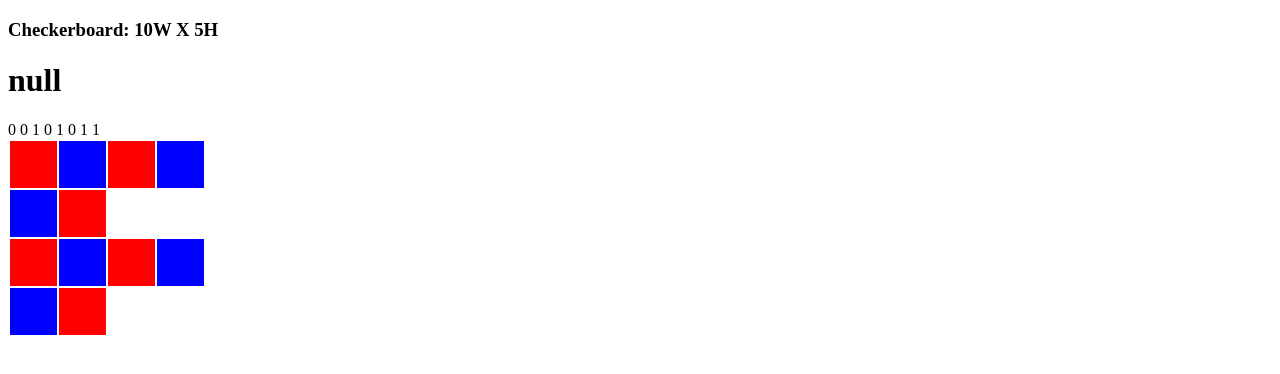
Repository: ben-mandakh/Java-Projects
Page: http://localhost/CheckerBoard/CheckerBoard.jsp
An editor plug-in stored every save of this project. The page is shown before and after the next save, followed by the edit.
The browser window is 1280 px wide. The pictures show the whole page.
The page is served by Tomcat 9.

Above is the page before, as saved 2019-08-09 02:51:41.

After the next save:
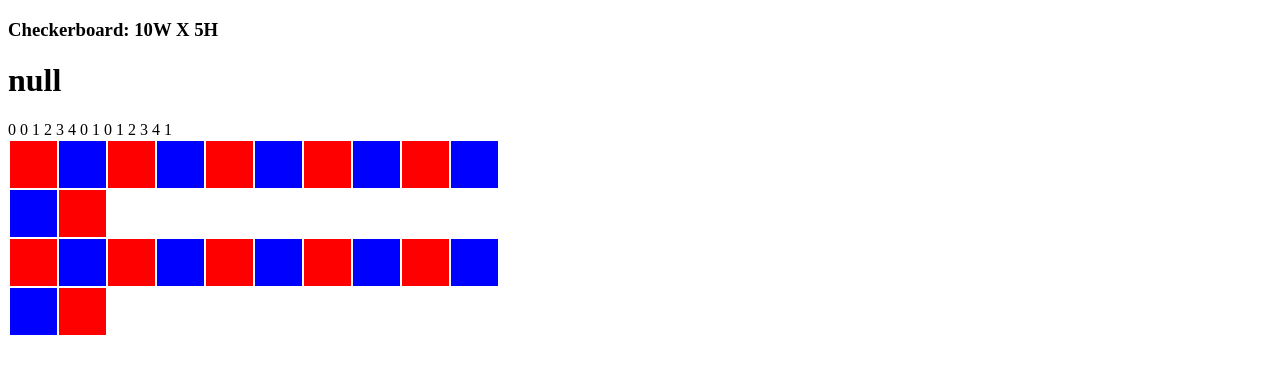
Saved 21 s later.
--- a/CheckerBoard/WebContent/CheckerBoard.jsp
+++ b/CheckerBoard/WebContent/CheckerBoard.jsp
@@ -20,7 +20,7 @@
 	<table>
 	   <% for(int i = 0; i<2; i++){ %>
 		<tr>  <%= i %>
-		 <% for(int j = 0; j<2; j++){ %>
+		 <% for(int j = 0; j<5; j++){ %>
 		 	<%= j %>
 			<th style="width:45px; height:45px; background-color: red"> </th>
 			<th style="width:45px; height:45px; background-color: blue"> </th>
